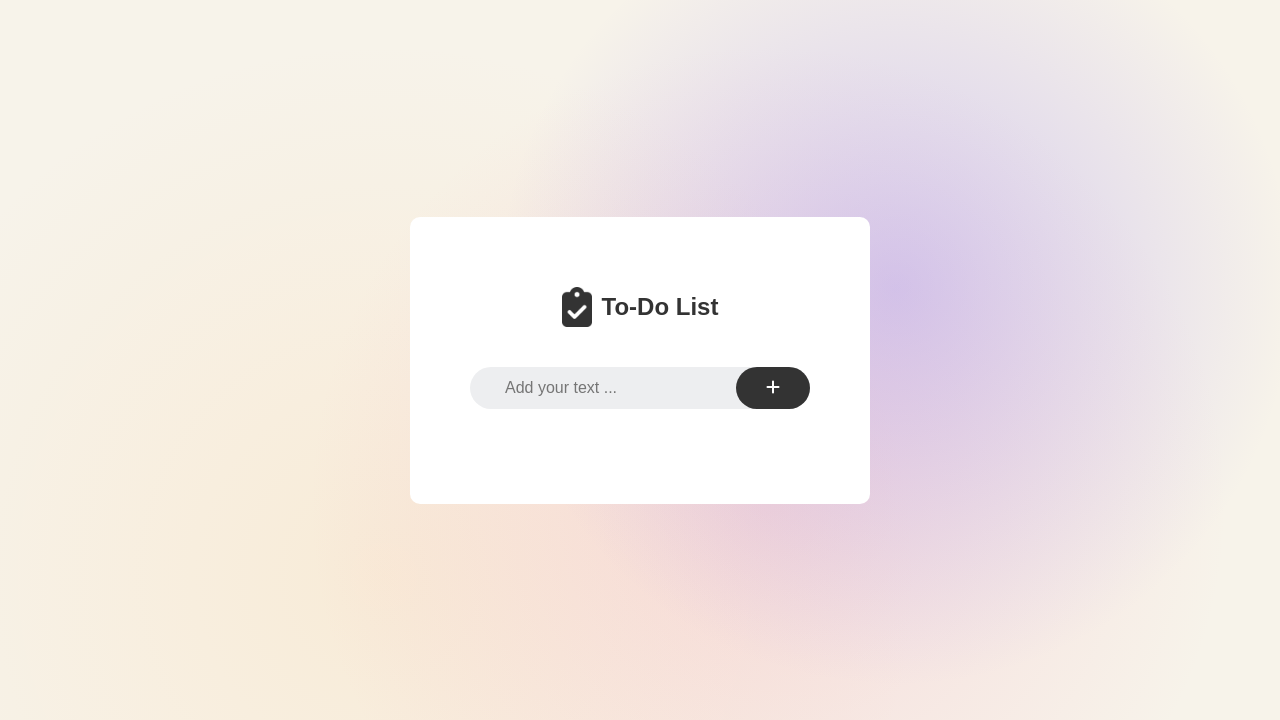
Repository: maltika/To-do_list
Page: index.html
These files come from the project's save history. The page is drawn as it stood at one moment and after the next save; the edit follows.
The browser window is 1280 px wide. The pictures show the whole page.

Above is the page before, as saved 2025-05-20 15:05:55.

After the next save:
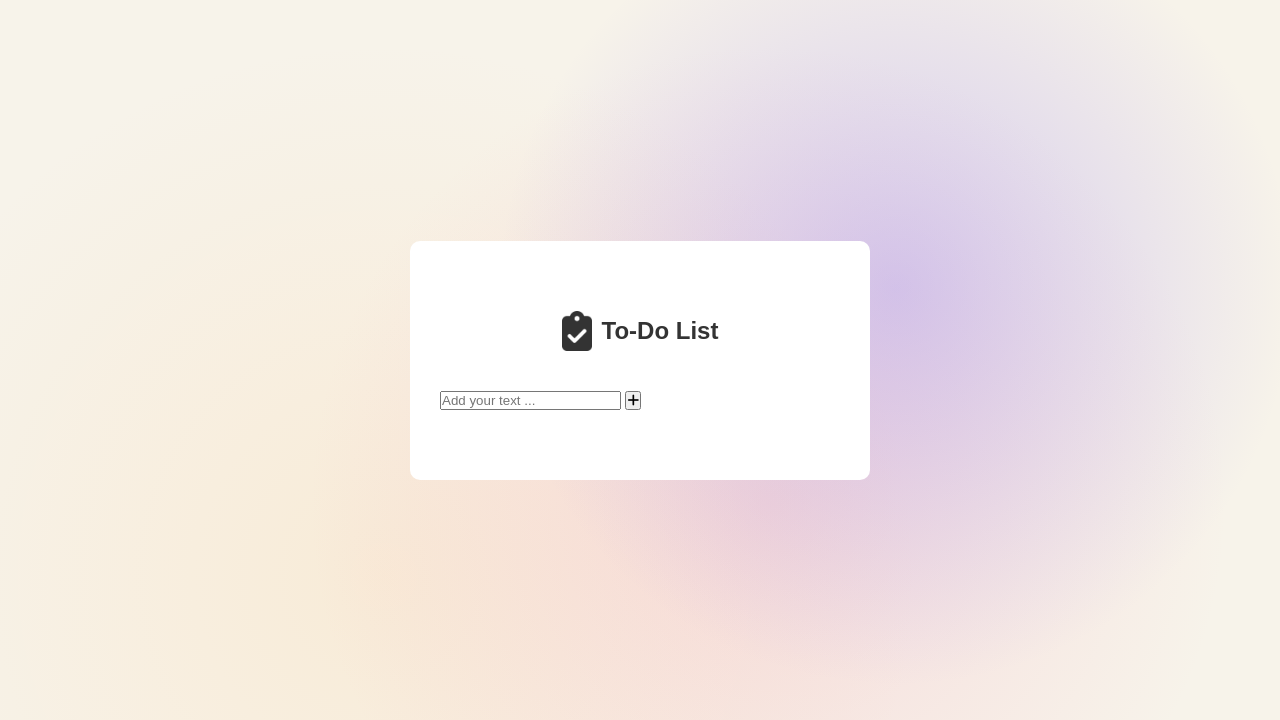
Saved 72 s later.
--- a/style.css
+++ b/style.css
@@ -55,36 +55,7 @@
     margin-right: 10px;
 }
 
-.row {
-    display: flex;
-    align-items: center;
-    background: #edeef0;
-    border-radius: 30px;
-    padding-left: 25px;
-    margin-bottom: 25px;
-    margin-left: 30px;
-    margin-right: 30px;
-}
 
-input {
-    flex: 1;
-    border: none;
-    outline: none;
-    background: transparent;
-    padding: 10px;
-    font-size: 16px;
-}
-
-button {
-    border: none;
-    outline: none;
-    background: #333;
-    color: #fff;
-    padding: 12px 30px;
-    font-size: 16px;
-    cursor: pointer;
-    border-radius: 40px;
-}
 
 ul li {
     list-style: none;

After the 2 saves that followed:
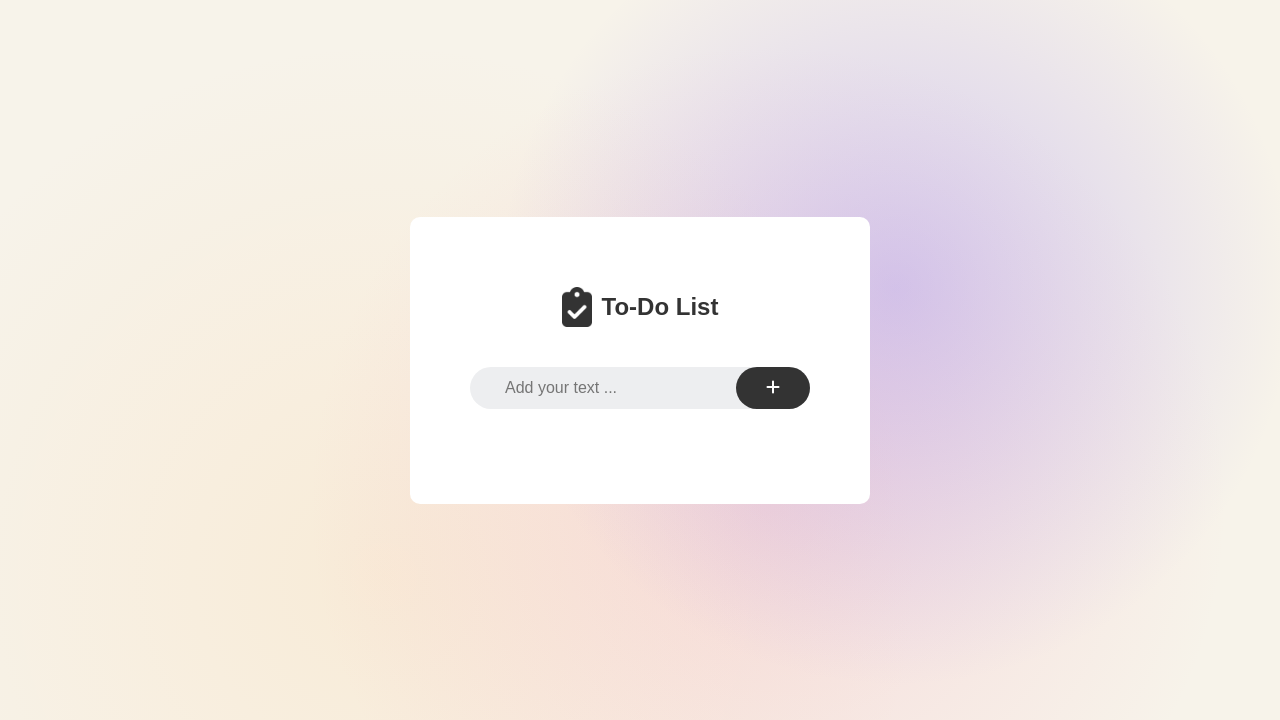
The 2 saves are shown as one change because they came seconds apart.
The last was saved 29 s later.
--- a/style.css
+++ b/style.css
@@ -55,7 +55,37 @@
     margin-right: 10px;
 }
 
+.row {
+    display: flex;
+    align-items: center;
+    background: #edeef0;
+    border-radius: 30px;
+    padding-left: 25px;
+    margin-bottom: 25px;
+    margin-left: 30px;
+    margin-right: 30px;
+    gap: 10px;
+}
 
+input {
+    flex: 1;
+    border: none;
+    outline: none;
+    background: transparent;
+    padding: 10px;
+    font-size: 16px;
+}
+
+button {
+    border: none;
+    outline: none;
+    background: #333;
+    color: #fff;
+    padding: 12px 30px;
+    font-size: 16px;
+    cursor: pointer;
+    border-radius: 40px;
+}
 
 ul li {
     list-style: none;
